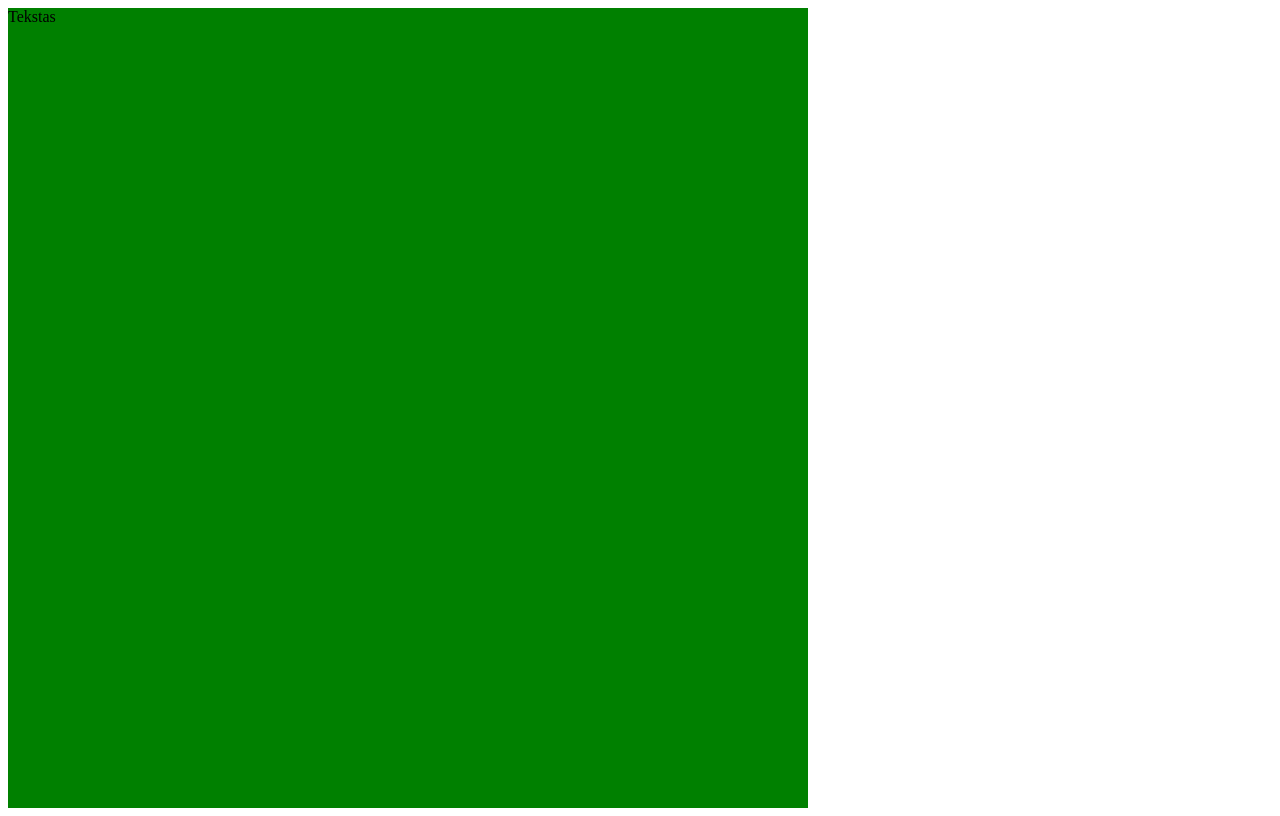
Repository: motiejus1/10-paskaita-05.31
Page: index.html
An editor plug-in stored every save of this project. The page is shown before and after a run of saves, followed by the edit.
The browser window is 1280 px wide. The pictures show the whole page.

Above is the page before, as saved 2021-06-16 18:12:16.

### index.html
<!DOCTYPE html>
<html lang="en">
<head>
    <meta charset="UTF-8">
    <meta http-equiv="X-UA-Compatible" content="IE=edge">
    <meta name="viewport" content="width=device-width, initial-scale=1.0">
    <title>10 paskaita</title>

    <style>
        .container {
            width: 800px;
            height: 800px;
        }

        .zalia {
            background-color: green;
        }
    </style>
</head>
<body>
    <div class="container zalia">
        Tekstas
    </div>
</body>
</html>

After the next 3 saves:
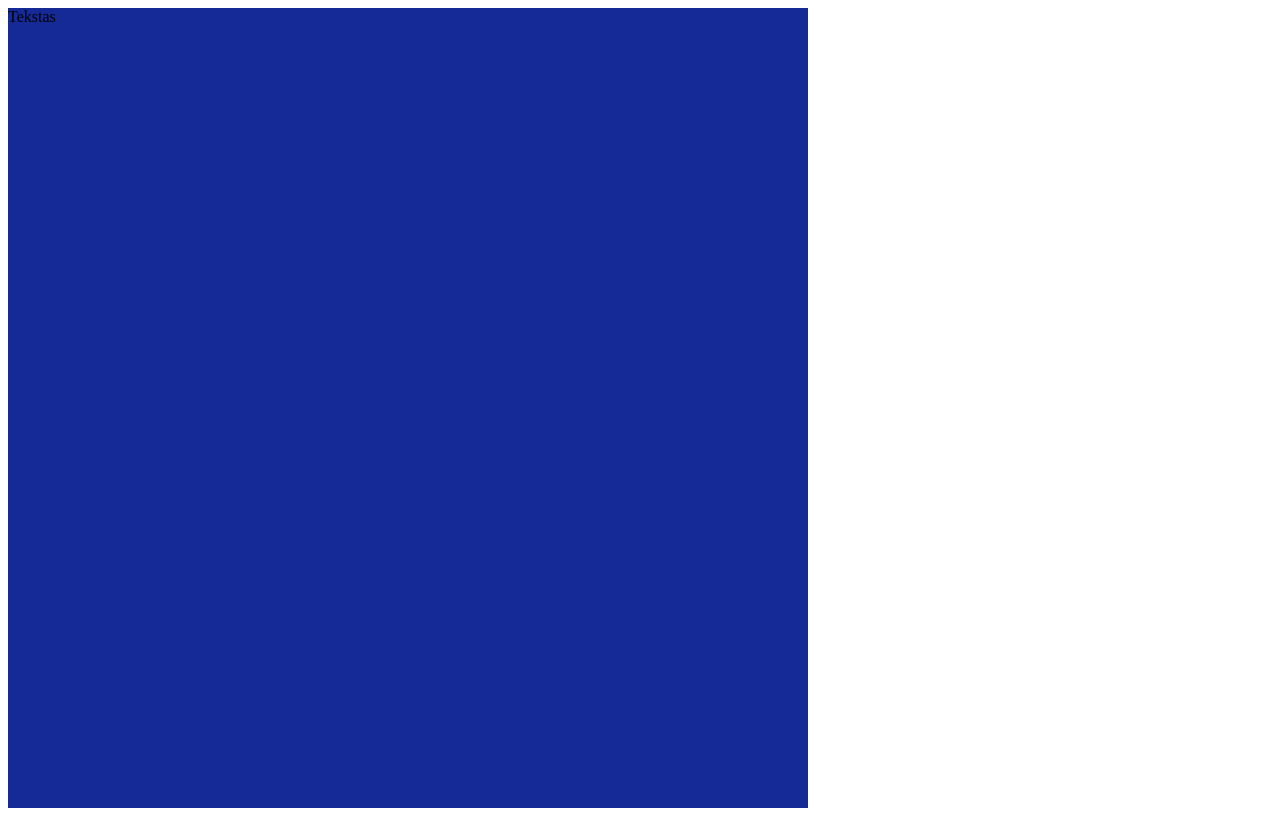
The 3 saves are shown as one change because they came seconds apart.
The last was saved 35 s later.
--- a/index.html
+++ b/index.html
@@ -13,7 +13,7 @@
         }
 
         .zalia {
-            background-color: green;
+            background-color: #152997;
         }
     </style>
 </head>
